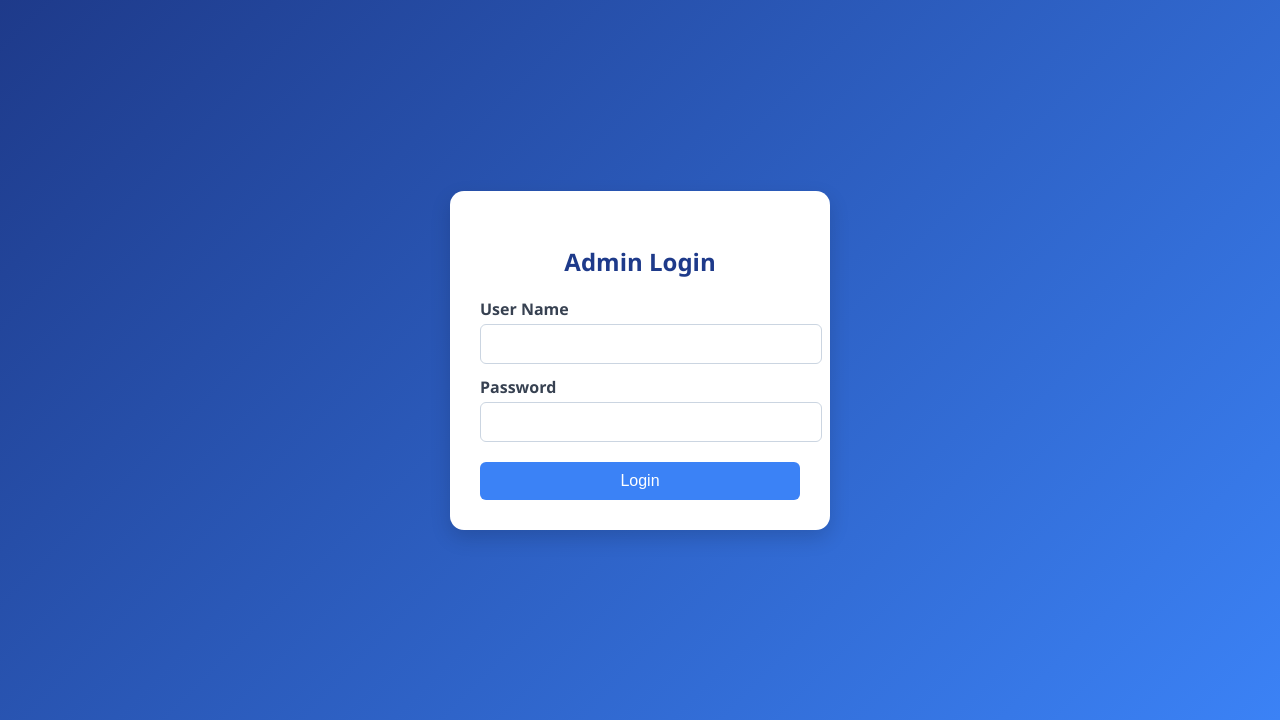
Repository: RajSarkarIndia/Movie_Review
Page: http://localhost/MovieReview/AdminLoginCheck.jsp
The author's editor kept a copy of each file at every save. The page is drawn from the files as they stood at one save, then again after the next save.
The browser window is 1280 px wide. The pictures show the whole page.
The page is served by Tomcat 10. Other server files are loaded and not shown.

Above is the page before, as saved 2025-08-09 14:04:08.

### MovieReview/src/main/webapp/AdminLoginCheck.jsp
<%@ page language="java" contentType="text/html; charset=UTF-8"
    pageEncoding="UTF-8"%>
<!DOCTYPE html>
<html>
<head>
<meta charset="UTF-8">
<title>Admin Login</title>
<style>
    body {
        font-family: 'Segoe UI', Tahoma, Geneva, Verdana, sans-serif;
        background: linear-gradient(135deg, #1e3a8a, #3b82f6);
        display: flex;
        justify-content: center;
        align-items: center;
        height: 100vh;
        margin: 0;
    }
    .login-card {
        background: #ffffff;
        padding: 30px;
        border-radius: 14px;
        box-shadow: 0 8px 20px rgba(0,0,0,0.15);
        width: 320px;
        text-align: center;
    }
    .login-card h3 {
        margin-bottom: 20px;
        color: #1e3a8a;
        font-size: 1.5rem;
    }
    label {
        display: block;
        margin-top: 12px;
        font-weight: 600;
        color: #374151;
        text-align: left;
    }
    input[type="text"], input[type="password"] {
        width: 100%;
        padding: 10px;
        margin-top: 4px;
        border-radius: 6px;
        border: 1px solid #cbd5e1;
        font-size: 1rem;
    }
    input[type="submit"] {
        background: #3b82f6;
        color: white;
        border: none;
        padding: 10px;
        margin-top: 20px;
        border-radius: 6px;
        font-size: 1rem;
        cursor: pointer;
        width: 100%;
    }
    input[type="submit"]:hover {
        background: #2563eb;
    }
</style>
</head>
<body>

<div class="login-card">
    <h3>Admin Login</h3>
    <form action="/MovieReview/LoginCheckAdmin" method="post">
        <label for="UserName">User Name</label>
        <input type="text" name="UserName" required>

        <label for="Password">Password</label>
        <input type="password" name="Password" required>

        <input type="submit" value="Login">
    </form>
</div>

</body>
</html>

After the next save:
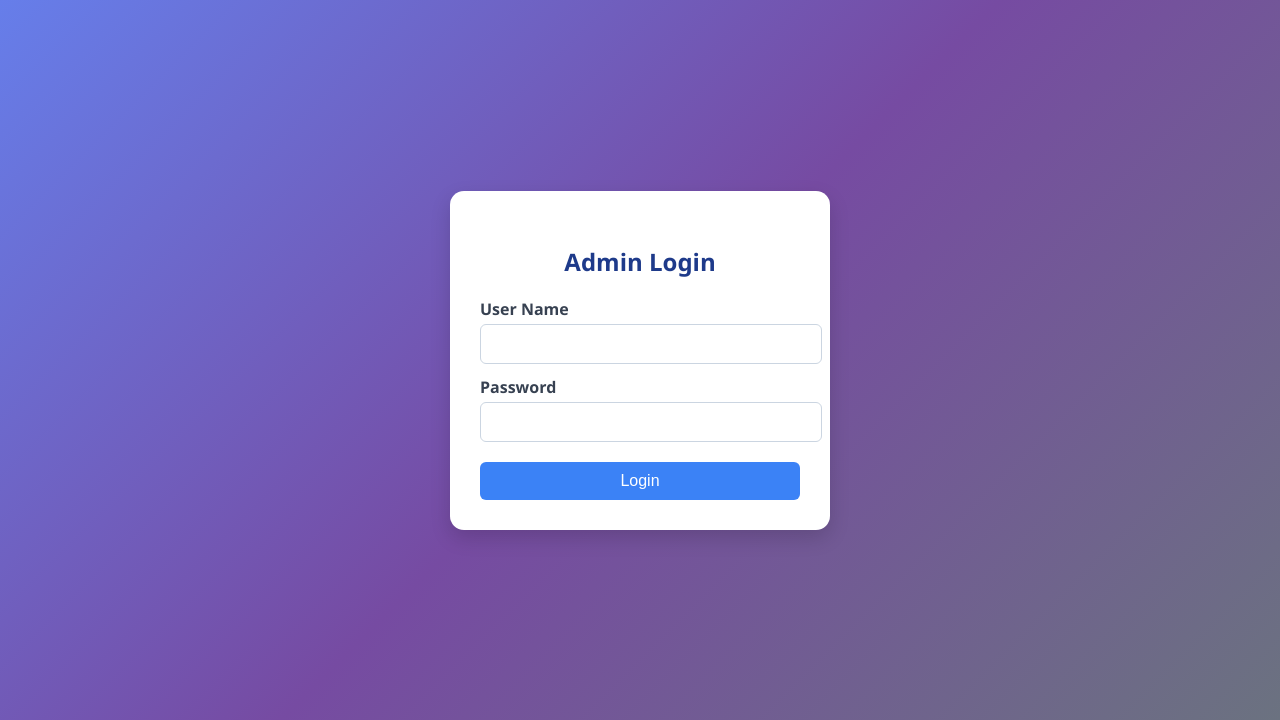
Saved 56 s later.
--- a/MovieReview/src/main/webapp/AdminLoginCheck.jsp
+++ b/MovieReview/src/main/webapp/AdminLoginCheck.jsp
@@ -6,15 +6,16 @@
 <meta charset="UTF-8">
 <title>Admin Login</title>
 <style>
-    body {
-        font-family: 'Segoe UI', Tahoma, Geneva, Verdana, sans-serif;
-        background: linear-gradient(135deg, #1e3a8a, #3b82f6);
-        display: flex;
-        justify-content: center;
-        align-items: center;
-        height: 100vh;
-        margin: 0;
-    }
+   body {
+    font-family: 'Segoe UI', Tahoma, Geneva, Verdana, sans-serif;
+    background: linear-gradient(135deg, #667eea, #764ba2, #6b7280);
+    display: flex;
+    justify-content: center;
+    align-items: center;
+    height: 100vh;
+    margin: 0;
+}
+
     .login-card {
         background: #ffffff;
         padding: 30px;
